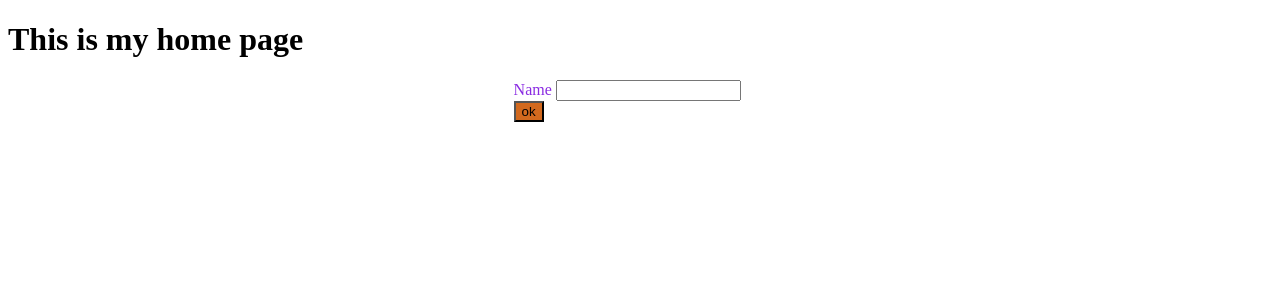
Repository: gautamsonam011/CMS
Page: http://localhost/home/
The author's editor kept a copy of each file at every save. The page is drawn from the files as they stood at one save, then again after the next save.
The browser window is 1280 px wide. The pictures show the whole page.
The page is served by the project's application, run on Django 5.2 (manage.py). Other server files are loaded and not shown.

Above is the page before, as saved 2025-09-06 11:56:48.

### templates/home.html
<!DOCTYPE html>
<html lang="en">
<head>
    <meta charset="UTF-8">
    <meta name="viewport" content="width=device-width, initial-scale=1.0">
    <title>Home Page</title>
    <!-- internal css
    external css
    inline css -->
    <style>
        form{
            width:250px;
            height: 00px;
            background-color: cadetblue;
            margin-left: 40%;
        }
        #name{
            text-align: center;
        }
        .name{
            color: blueviolet;
        }
    </style>
</head>
<body>
    <h1>This is my home page</h1>
    <form action="" method="get">
        <label class="name" for="name" >Name</label >
        <input id="name" name="name" type="text">
        <input type="submit" value="ok" style="background-color: chocolate;">
    </form>
</body>
</html>

### CMS/views.py
# Here write your logical code
# This is a business logic layer
from django.http import HttpResponse
from django.shortcuts import render

def client_request_response(request):
    return HttpResponse("<h1>Hello Django Project</h1>")

def request_add_two_numbers(request):
    return HttpResponse("<h1>Add two numbers and sum = 78 </h1>")

def request_message(request):
    return HttpResponse("<h1>'Message type content' refers to either the actual data or text within a message (the content of the message) or, in a technical context, the definition of the structure and type of data a message can hold, such as MIME message types, SAP message types, or message types in programming languages like Java. The specific meaning depends on whether you're talking about the message's substance or its programmatic definition and structure. </h1>")

def my_first_template(request):
    return render(request, 'firstfile.html')

def my_home_page(request):
    return render(request, 'home.html')

### CMS/urls.py

from django.contrib import admin
from django.urls import path
from . import views

urlpatterns = [
    path('admin/', admin.site.urls),
    path("client/", views.client_request_response),
    path("add/", views.request_add_two_numbers),
    path('message/', views.request_message),
    path('first/', views.my_first_template),
    path('home/', views.my_home_page),
]

After the next save:
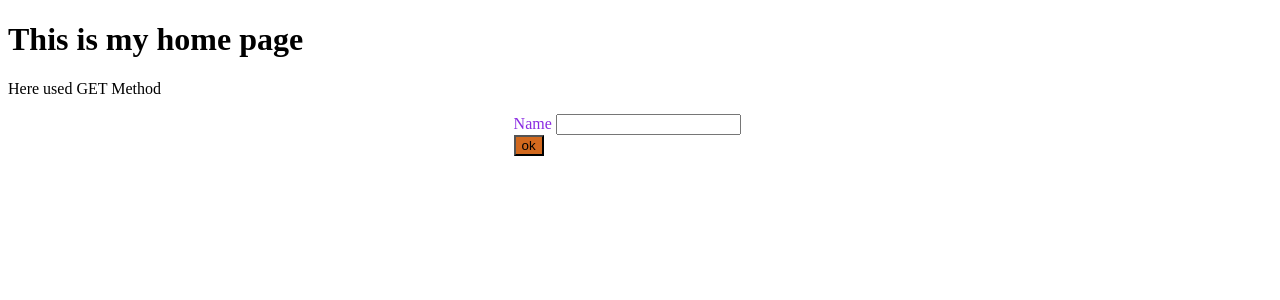
Saved 2 min 51 s later.
--- a/templates/home.html
+++ b/templates/home.html
@@ -23,7 +23,9 @@
     </style>
 </head>
 <body>
+    <!-- How to use GET method  -->
     <h1>This is my home page</h1>
+    <p>Here used GET Method</p>
     <form action="" method="get">
         <label class="name" for="name" >Name</label >
         <input id="name" name="name" type="text">
